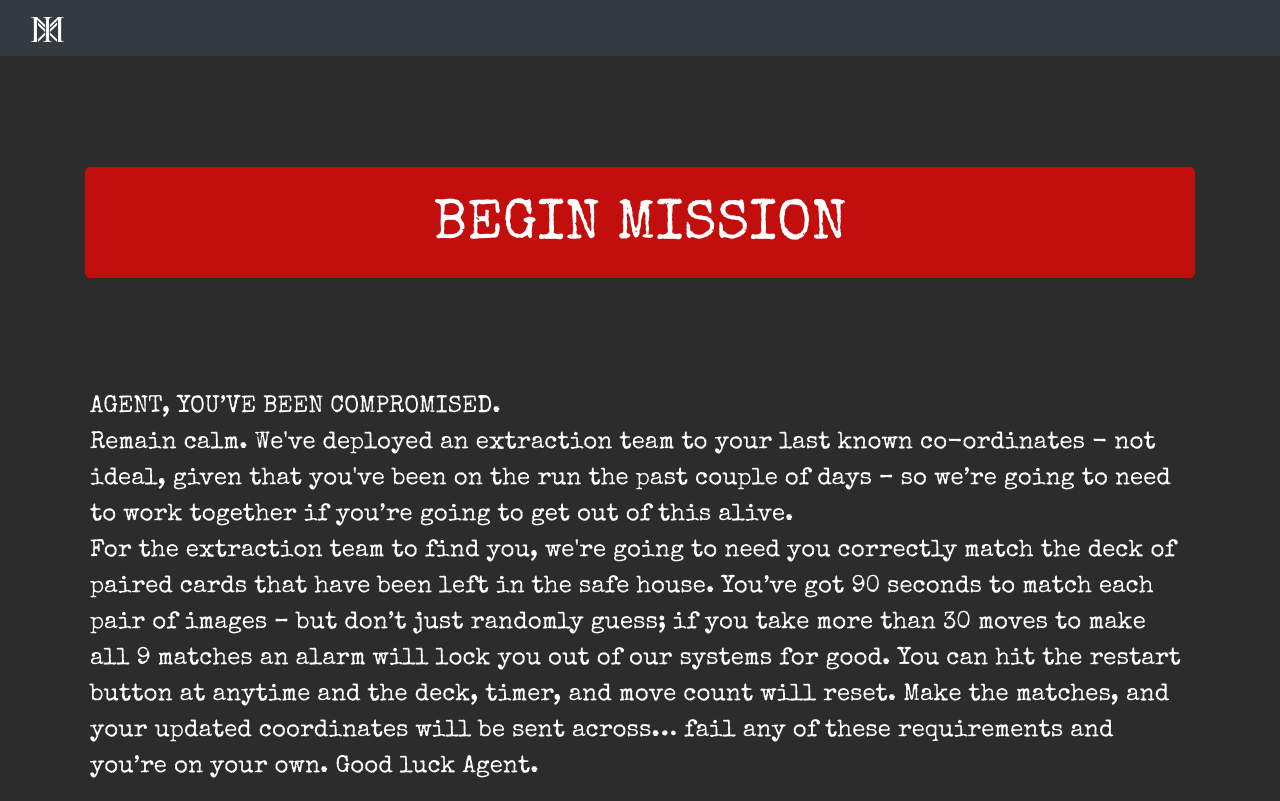
Repository: Code-Institute-Submissions/Milestone-25
Page: index.html
The author's editor kept a record of every edit. The page is drawn from the files as they stood at one moment, then again after the next edit.
The browser window is 1280 px wide. The pictures show the whole page.

Above is the page before.

### index.html
<!DOCTYPE html>
<html lang="en">

<head>
  <meta charset="UTF-8">
  <meta name="viewport" content="width=device-width, initial-scale=1">
  <meta http-equiv="X-UA-Compatible" content="ie=edge">
  <link rel="stylesheet" href="https://stackpath.bootstrapcdn.com/bootstrap/4.4.1/css/bootstrap.min.css" integrity="sha384-Vkoo8x4CGsO3+Hhxv8T/Q5PaXtkKtu6ug5TOeNV6gBiFeWPGFN9MuhOf23Q9Ifjh" crossorigin="anonymous">
  <script src="https://ajax.googleapis.com/ajax/libs/jquery/3.4.1/jquery.min.js"></script>
  <script src="https://maxcdn.bootstrapcdn.com/bootstrap/4.4.1/js/bootstrap.min.js"></script>
  <link rel="stylesheet" href="assets/css/style.css" media="screen">
  <title>Memoryphile Home</title>
</head>

<body>
  <!--Navbar for style purposes only-->
  <nav class="navbar navbar-expand-md navbar-dark bg-dark sticky-top">
    <div class="container-fluid">
      <a class="navbar-brand"><img src="./assets/images/logo.png" height="25" alt="Memoryphile Logo"></a>
    </div>
  </nav>

  <!--Button to jump to game-->
  <div class="container-fluid padding">
    <div class="row padding">
      <div class="container-sm">
        <button type="button" class="btn btn-secondary btn-lg btn-block">BEGIN MISSION</button>
      </div>
    </div>
  </div>

  <!--Instructions paragraph-->
  <div class="container-fluid padding">
    <div class="row padding">
      <div class="col-md">
        <p class="instructions">AGENT, YOU’VE BEEN COMPROMISED. <br>
        Remain calm. We've deployed an extraction team to your last known co-ordinates - not ideal, given that you've been on the run the past couple of days – so we’re going to need to work together if you’re going to get out of this alive.
        <br>
        For the extraction team to find you, we're going to need you correctly match the deck of paired cards that have been left in the safe house. You’ve got 90 seconds to match each pair of images – but don’t just randomly guess; if you take more than 30 moves to make all 9 matches an alarm will lock you out of our systems for good. You can hit the restart button at anytime and the deck, timer, and move count will reset.

        Make the matches, and your updated coordinates will be sent across… fail any of these requirements and you’re on your own. Good luck Agent.
        </p>
      </div>
    </div>
  </div>



</body>



<script type="text/javascript" src="./assets/js/main.js"></script>

</html>

### assets/css/style.css
@import url('https://fonts.googleapis.com/css?family=Homemade+Apple|Special+Elite&display=swap');

/* ==============STYLING==============*/

/*--------HTML, BODY Styling-----*/

html,
body {
  height: 100%;
  width: 100%;
  font-family: 'Special Elite', sans-serif;
  color: #fff;
  background-color: #2c2c2d;
}

/*------------BUTTON STYLING--------*/

.btn-secondary {
    background-color: #c30e0e;
    border-color: #c30e0e;
    margin-top: 10%;
    margin-bottom: 10%;
    font-size: 350%;
    padding-top: 1.5%;

}


/*------------Instructions STYLING--------*/

.instructions {
  font-size: 150%;
  display: inline-block;
  margin-left: 6%;
  margin-right: 6%;
}

### assets/js/main.js
//on page open, timer counts from 90 secs down

//on page open, or on restart, cards are reshuffled

//on reset, cards shuffled, reset game board, reset timer

//if timer = 0, game over

// on click, moves increases by 1

// if moves > 40, game over

//on restart, pasue game and timer and ask for confirmation
    //if confirmation = true page refreshes and timer + cards all reset
    //if confirmation = false, game and timer resumes


// on click:
    //if no other card active, flip card and set to active
    //if other card active, compare img of both active cards
        //if img match, match counter increase by one
        //on no match, both cards return to rest state

//(no. of cards = 18)

//if match counter = 9, player wins.

//if match counter = 9, timer stops

//score? = at win, total moves and total time remaining

//set keyboard (p)ause and (esc)ape actions

//if player wins, produce success message (and rating out of three?)

//if player loses (out of time, or exceeds moves), produce loss message

After the next edit:
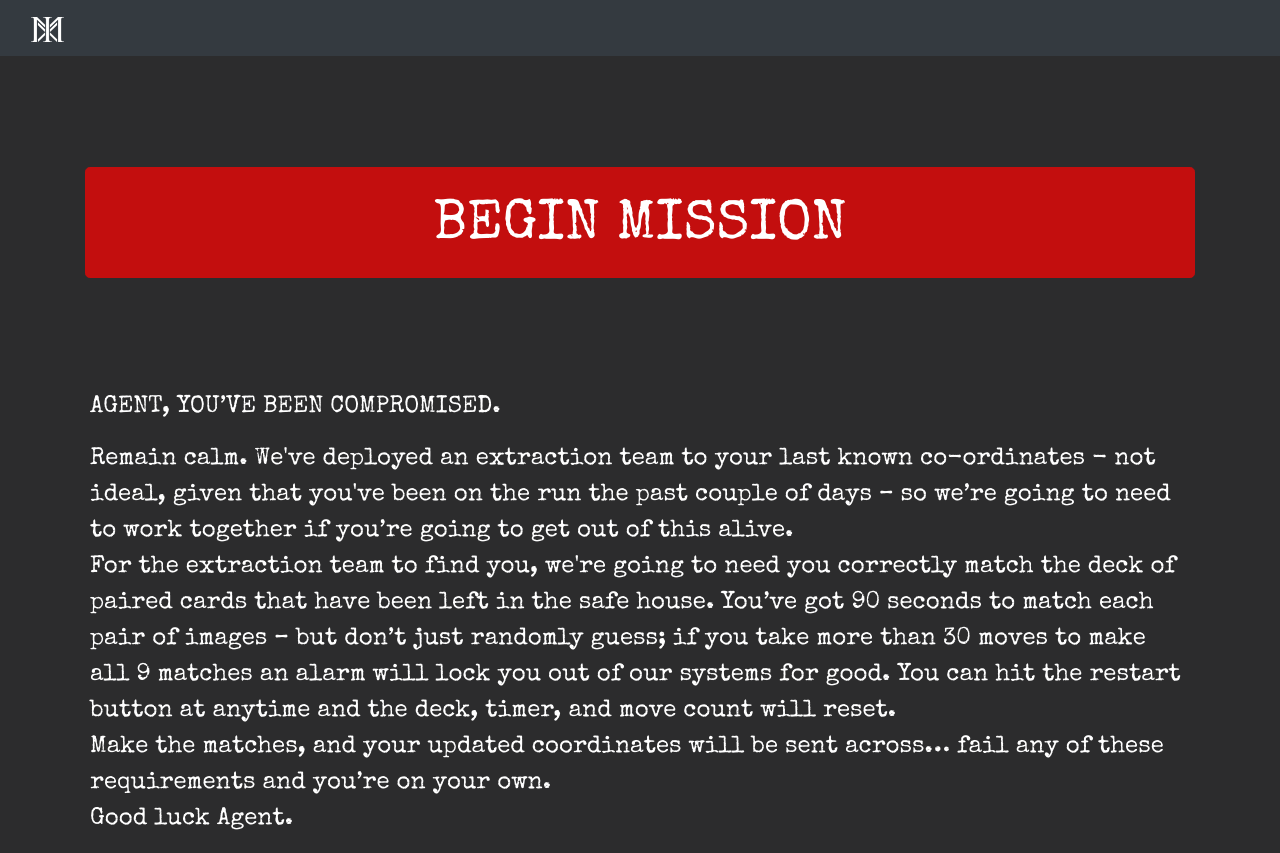
The edit:
--- a/index.html
+++ b/index.html
@@ -33,12 +33,12 @@
   <div class="container-fluid padding">
     <div class="row padding">
       <div class="col-md">
-        <p class="instructions">AGENT, YOU’VE BEEN COMPROMISED. <br>
-        Remain calm. We've deployed an extraction team to your last known co-ordinates - not ideal, given that you've been on the run the past couple of days – so we’re going to need to work together if you’re going to get out of this alive.
-        <br>
-        For the extraction team to find you, we're going to need you correctly match the deck of paired cards that have been left in the safe house. You’ve got 90 seconds to match each pair of images – but don’t just randomly guess; if you take more than 30 moves to make all 9 matches an alarm will lock you out of our systems for good. You can hit the restart button at anytime and the deck, timer, and move count will reset.
-
-        Make the matches, and your updated coordinates will be sent across… fail any of these requirements and you’re on your own. Good luck Agent.
+        <p class="instructions">AGENT, YOU’VE BEEN COMPROMISED. <p class="instructions">Remain calm. We've deployed an extraction team to your last known co-ordinates - not ideal, given that you've been on the run the past couple of days – so we’re going to need to work together if you’re going
+          to get out of this alive.
+          <br> For the extraction team to find you, we're going to need you correctly match the deck of paired cards that have been left in the safe house. You’ve got 90 seconds to match each pair of images – but don’t just randomly guess; if you take
+          more than 30 moves to make all 9 matches an alarm will lock you out of our systems for good. You can hit the restart button at anytime and the deck, timer, and move count will reset.
+          <br> Make the matches, and your updated coordinates will be sent across… fail any of these requirements and you’re on your own.
+          <br> Good luck Agent.
         </p>
       </div>
     </div>
